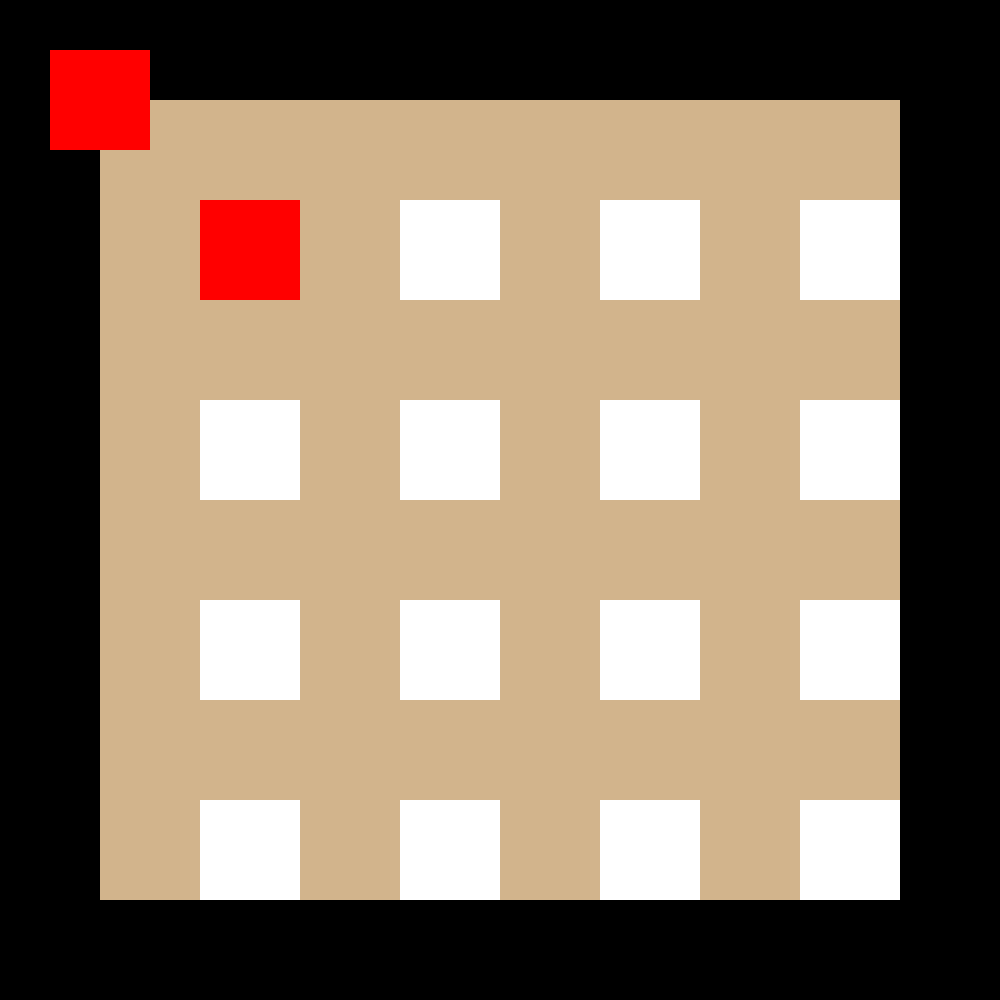
Repository: a-longe/capstone
Script's output: python engine/drag_n_drop_test.py
These files come from the project's save history. The script's output is drawn as it stood at one moment and after the next save; the edit follows.
The window is shown after at most 60 frames with no key pressed. Random numbers start from a fixed seed.

Above is the script's output before, as saved 2023-12-11 09:16:25.

### engine/drag_n_drop_test.py
import os
import sys
import pygame as pg
import math

Cord = tuple[int, int]
TOP_LEFT = 100
BOTTOM_RIGHT = 900
SQUARE_SIZE = 100
SCREEN_SIZE = 1000


def is_even(n):
    return 0 == n % 2


def is_odd(n):
    return 1 == n % 2


def black_square(surface, image, rect):
    image.fill((210, 180, 140))
    surface.blit(image, rect)


def white_square(surface, image, rect):
    image.fill((255, 255, 255))
    surface.blit(image, rect)

def get_snap_cords(x, y) -> Cord:
    return (math.floor(x / SQUARE_SIZE) * SQUARE_SIZE,
            math.floor(y / SQUARE_SIZE) * SQUARE_SIZE)



square_coords = [[i, j] for i in range(TOP_LEFT, BOTTOM_RIGHT, SQUARE_SIZE) \
                for j in range(TOP_LEFT, BOTTOM_RIGHT, SQUARE_SIZE)]


class Player:
    # A Player object needs to know about the Board because its behaviour
    # depends on the location of other Player objects--only the Board knows
    # about them--that's why Board is an argument. It also needs to know its
    # dimensions, so we pass them in rect
    def __init__(self, Board, rect):
        self.board = Board
        self.rect = pg.Rect(rect)
        self.previous_center = self.rect.center
        # a Player object has a click attribute that is true if the
        # left mouse button is down and on top of the Player
        self.click = False
        self.image = pg.Surface(self.rect.size).convert()
        self.image.fill((255, 0, 0))

    # Check that the player has been selected and that the mouse will
    # not cause the player to bleed out of bounds.

    # To deal with collisions, save current position, and then move
    # the player to the mouse position. If there is a collision, then
    # move the rectangle back to the previous position.

    # Regardless, draw the player
    def update(self):
        if (self.click and self.board.mouse_inside_bounds()):
            self.previous_center = self.rect.center
            self.rect.center = pg.mouse.get_pos()
            # Ask the board if self (the player) will collide
            if self.board.collisions(self):
                self.rect.center = self.previous_center
        self.board.surface.blit(self.image, self.rect)

    def snap_to_square(self) -> None:
        player_cords = (self.rect.center[0], self.rect.center[1])
        self.rect.topleft = get_snap_cords(*player_cords)



class Board:
    # Each position corresponds to the arguments needed to instantiate
    # the PyGame.Rect class: (x, y, width, height) corresponding to a player

    # The Board class updates itself by asking the players to paint themselves.

    # It has a number of methods that exist so other parts of the program can
    # inquire about the current state of the board
    def __init__(self, positions):
        self.surface = pg.display.set_mode((SCREEN_SIZE, SCREEN_SIZE))
        self.players = []
        for pos in positions:
            self.players.append(Player(self, pos))

    def clear_surface(self):
        self.surface.fill(0)

    def get_players(self):
        return self.players

    def mouse_inside_bounds(self):
        # hard-coded numbers should be fixed
        x, y = pg.mouse.get_pos()
        return (x > 51 and x < 949 and y > 51 and y < 549)

    def collisions(self, a_player):
        rects = [player.rect for player in self.get_players()]
        target_rects = [rect for rect in rects if rect != a_player.rect]
        return a_player.rect.collidelistall(target_rects)

    def display_grid(self):
        # print("I should be displaying...")
        for x, y in square_coords:
            row = x / 100
            column = y / 100
            rect = pg.Rect([x, y, 100, 100])
            image = pg.Surface(rect.size).convert()
            if is_odd(row) | is_odd(column):
                black_square(self.surface, image, rect)
            else:
                white_square(self.surface, image, rect)

    def update_board(self):
        self.clear_surface()
        self.display_grid()
        for player in self.get_players():
            player.update()


def main(Board):
    # listen for events and update board in response to them
    game_event_loop(Board)
    Board.update_board()


# Notice that the event loop has been given its own function. This makes
# the program easier to understand.
def game_event_loop(Board):
    for event in pg.event.get():
        if event.type == pg.MOUSEBUTTONDOWN:
            for player in Board.get_players():
                # The event positions is the mouse coordinates
                if player.rect.collidepoint(event.pos):
                    player.click = True
                    # store current cords
        elif event.type == pg.MOUSEBUTTONUP:
            for player in Board.get_players():
                if player.click:
                    # if valid location and is legal move()
                    player.snap_to_square()
                    # else set cords to last square
                player.click = False
        elif event.type == pg.QUIT:
            pg.quit()
            sys.exit()


if __name__ == "__main__":
    os.environ['SDL_VIDEO_CENTERED'] = '1'
    pg.init()
    MyBoard = Board([(50, 50, 100, 100),
                     (200, 200, 100, 100)])
    MyClock = pg.time.Clock()
    while True:
        main(MyBoard)
        pg.display.update()
        MyClock.tick(60)

After the next save:
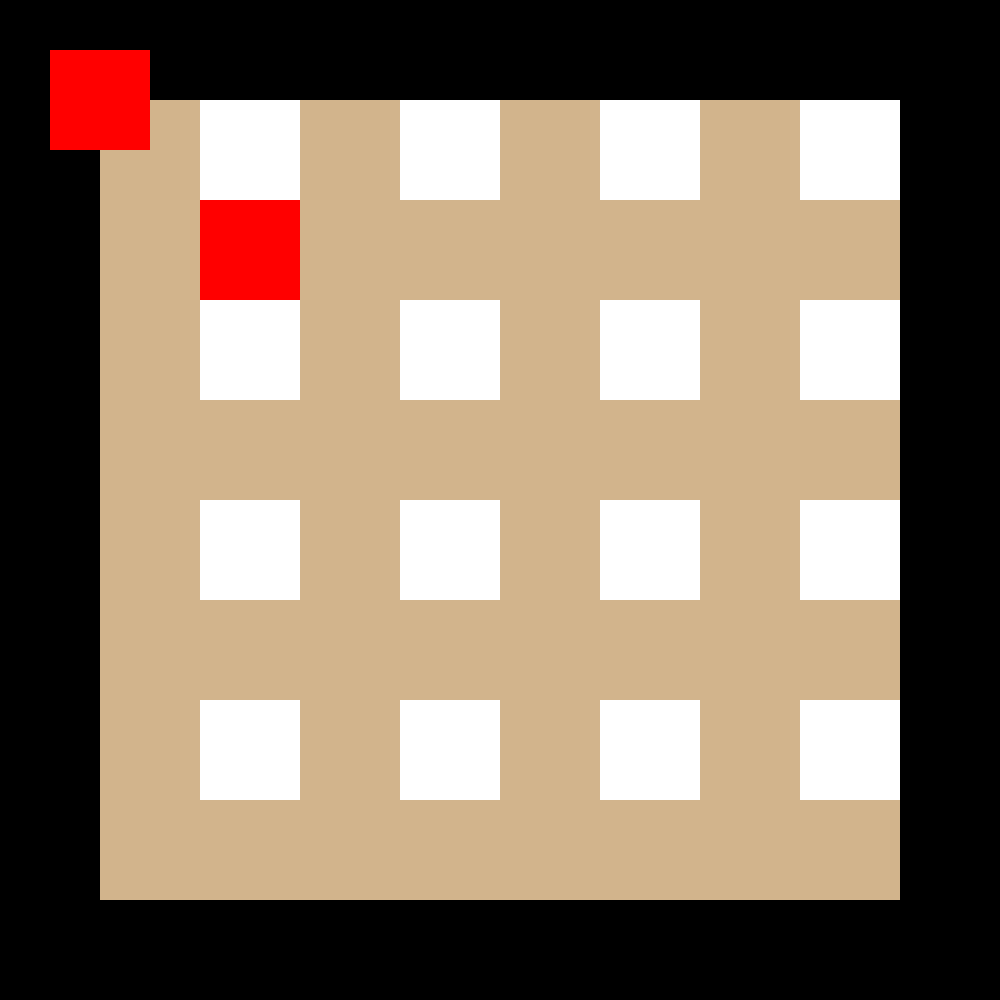
Saved 6 min 18 s later.
--- a/engine/drag_n_drop_test.py
+++ b/engine/drag_n_drop_test.py
@@ -112,7 +112,11 @@ class Board:
             column = y / 100
             rect = pg.Rect([x, y, 100, 100])
             image = pg.Surface(rect.size).convert()
-            if is_odd(row) | is_odd(column):
+            if (is_odd(row) and is_odd(column)) or is_odd(row) and is_even(column):
+                black_square(self.surface, image, rect)
+            elif is_odd(row) and is_even(column):
+                white_square(self.surface, image, rect)
+            elif is_even(row) and is_even(column):
                 black_square(self.surface, image, rect)
             else:
                 white_square(self.surface, image, rect)
